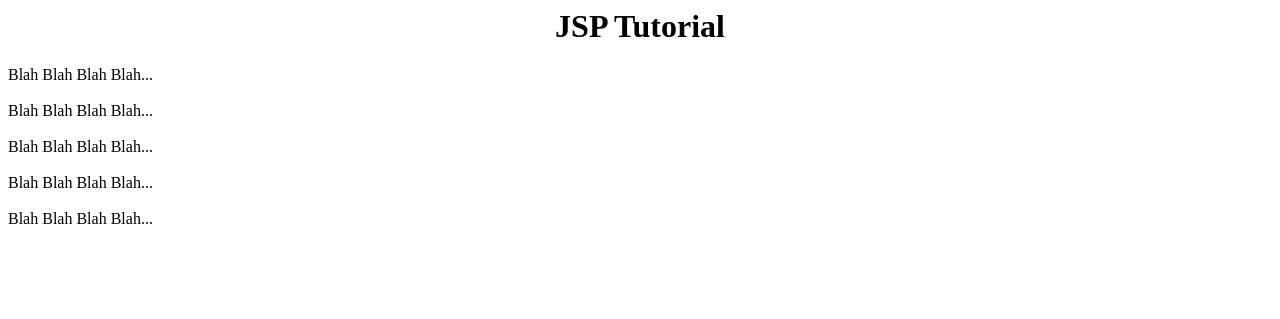
Repository: CP-Aayush/JSP-Projects
Page: http://localhost/jspdemo/homepage.jsp
These files come from the project's save history. The page is drawn as it stood at one moment and after the next save; the edit follows.
The browser window is 1280 px wide. The pictures show the whole page.
The page is served by Tomcat 9. Other server files are loaded and not shown.

Above is the page before, as saved 2019-08-03 18:08:56.

### jspdemo/WebContent/homepage.jsp
<html>
<body>

<jsp:include page="my-header.html"/>

Blah Blah Blah Blah...<br/><br>
Blah Blah Blah Blah...<br/><br>
Blah Blah Blah Blah...<br/><br>
Blah Blah Blah Blah...<br/><br>
Blah Blah Blah Blah...<br/><br>
</body>
</html>

### jspdemo/WebContent/my-footer.jsp
<p align="center">
Last Updated <%= new java.util.Date() %>
</p>

Loaded but not shown: jspdemo/WebContent/my-header.html (common file)

After the next save:
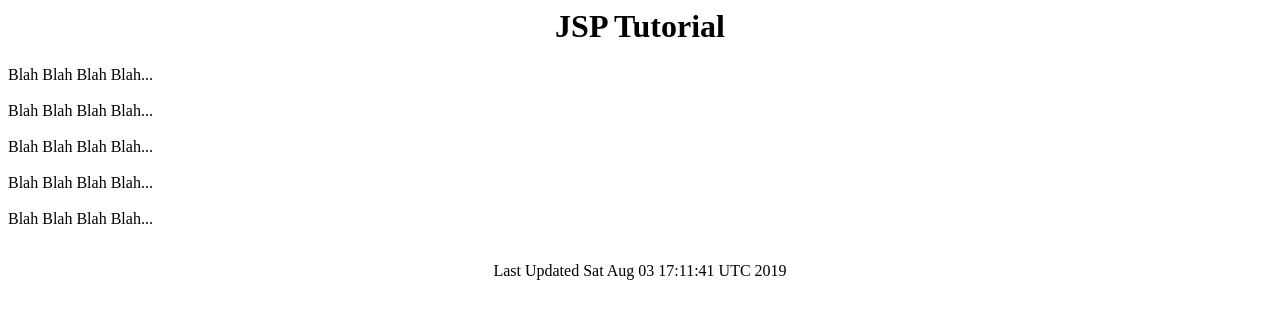
Saved 2 min 51 s later.
--- a/jspdemo/WebContent/homepage.jsp
+++ b/jspdemo/WebContent/homepage.jsp
@@ -8,5 +8,7 @@ Blah Blah Blah Blah...<br/><br>
 Blah Blah Blah Blah...<br/><br>
 Blah Blah Blah Blah...<br/><br>
 Blah Blah Blah Blah...<br/><br>
+
+<jsp:include page="my-footer.jsp"/>
 </body>
 </html>
